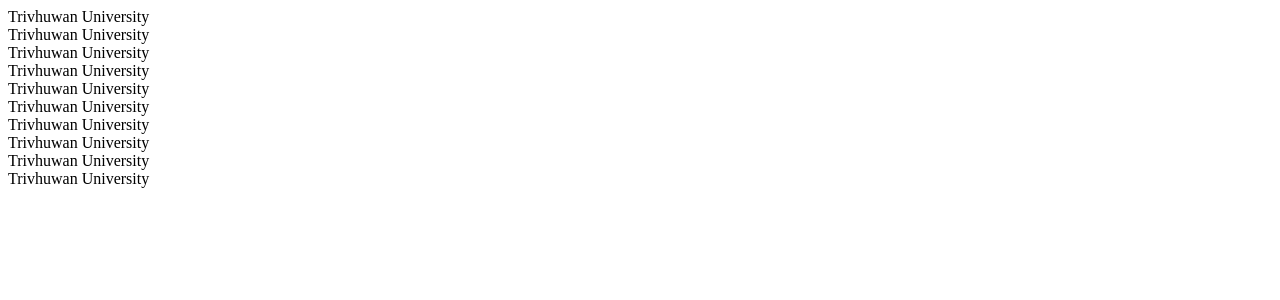
Repository: ishworpanta10/java_csit_seven_sem_programs
Page: http://localhost/JSP_PROGRAMS_PRINT/
The author's editor kept a copy of each file at every save. The page is drawn from the files as they stood at one save, then again after the next save.
The browser window is 1280 px wide. The pictures show the whole page.
The page is served by Tomcat 9.

Above is the page before, as saved 2021-02-04 03:22:06.

### JSP_PROGRAMS_PRINT/WebContent/index.jsp
<%@ page language="java" contentType="text/html; charset=UTF-8"
    pageEncoding="UTF-8"%>
<!DOCTYPE html>
<html>
<head>
<meta charset="UTF-8">
<title>Print TU 10 Times</title>
</head>
<body>
	<%
		String message = "Trivhuwan University";

	for(int i=0; i<10;i++){
		out.print(message + "<br/>");
	}

	%>
</body>
</html>

After the next save:
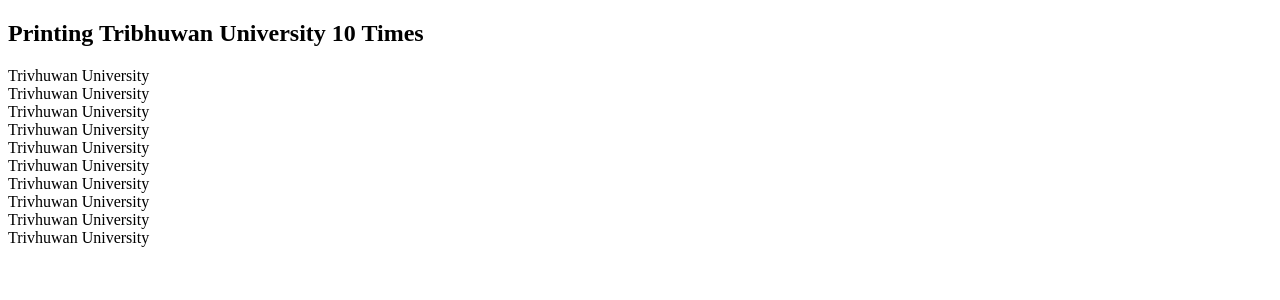
Saved 38 s later.
--- a/JSP_PROGRAMS_PRINT/WebContent/index.jsp
+++ b/JSP_PROGRAMS_PRINT/WebContent/index.jsp
@@ -7,9 +7,11 @@
 <title>Print TU 10 Times</title>
 </head>
 <body>
+
+<h2>Printing Tribhuwan University 10 Times</h2>
+
 	<%
 		String message = "Trivhuwan University";
-
 	for(int i=0; i<10;i++){
 		out.print(message + "<br/>");
 	}
